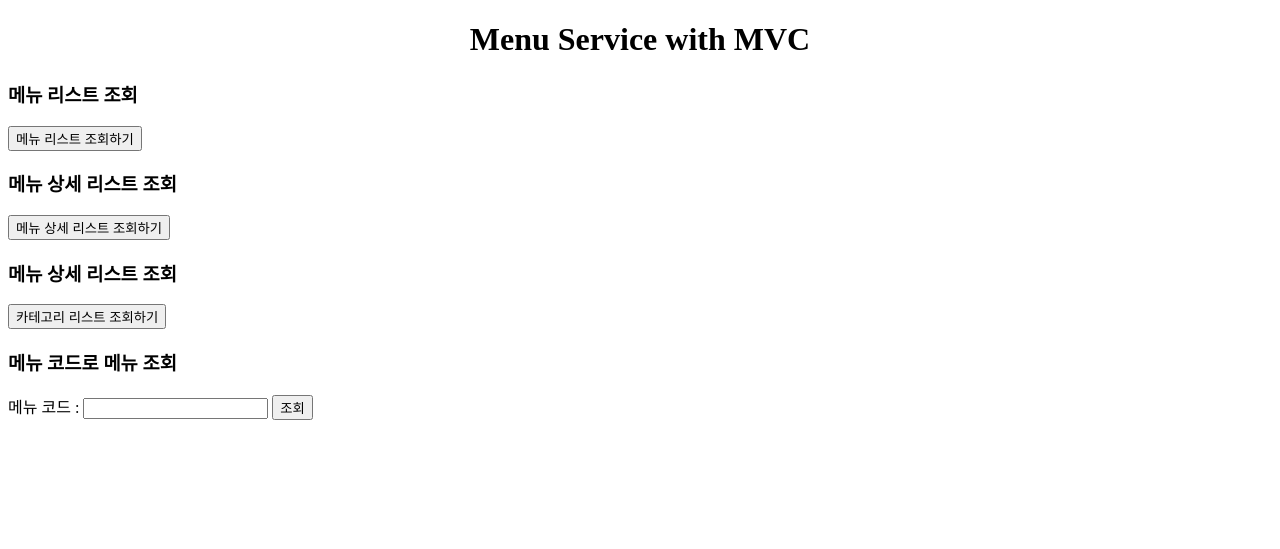
Repository: DaeyeonKim97/Menu-MVC
Page: http://localhost/menu-mvc-mybatis/
The author's editor kept a copy of each file at every save. The page is drawn from the files as they stood at one save, then again after the next save.
The browser window is 1280 px wide. The pictures show the whole page.
The page is served by Tomcat 9. Nobody is signed in. The application's start-up code is not run.

Above is the page before, as saved 2022-08-13 07:37:00.

After the next save:
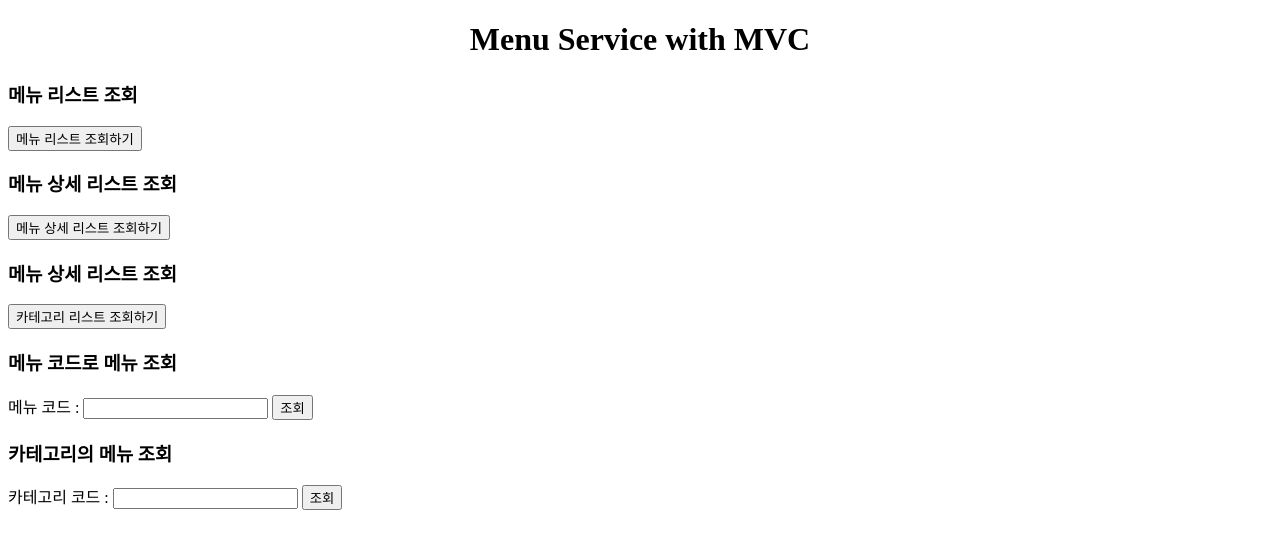
Saved 54 min 0 s later.
--- a/menu-mvc-mybatis/src/main/webapp/index.jsp
+++ b/menu-mvc-mybatis/src/main/webapp/index.jsp
@@ -26,5 +26,11 @@
 		<input type="number" name="menuCode" id="menuCode"/>
 		<button type="submit">조회</button>
 	</form>
+	<h3>카테고리의 메뉴 조회</h3>
+	<form action="categoryCode">
+		<label>카테고리 코드 : </label>
+		<input type="number" name="menuCode" id="menuCode"/>
+		<button type="submit">조회</button>
+	</form>
 </body>
 </html>
